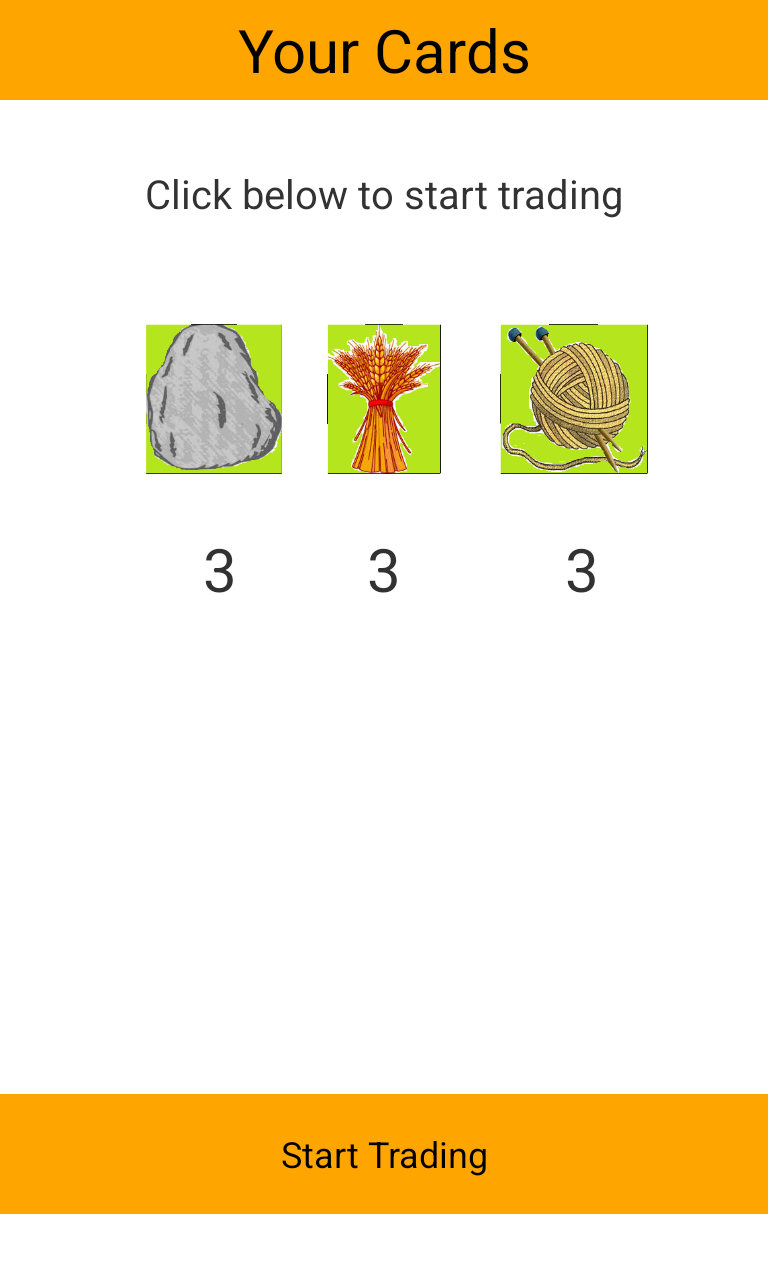
Repository: nidafarooqui/Trading-Game-Version-3
Layout: TaikunServer/res/layout/activity_propose_screen.xml
These files come from the project's save history. The layout is drawn as it stood at one moment and after the next save; the edit follows.
It is drawn on a 768 x 1280 px phone screen (xhdpi) without system bars, with theme AppTheme; the app's code is not run.

Above is the layout before, as saved 2014-08-14 02:06:49.

### TaikunServer/res/layout/activity_propose_screen.xml
<?xml version="1.0" encoding="utf-8"?>
<RelativeLayout xmlns:android="http://schemas.android.com/apk/res/android"
    android:id="@+id/RelativeLayout1"
    android:layout_width="match_parent"
    android:layout_height="match_parent"
    android:orientation="vertical" >

    <ImageView
        android:id="@+id/woolImage"
        android:layout_width="75dp"
        android:layout_height="75dp"
        android:layout_alignTop="@+id/wheatImage"
        android:layout_marginLeft="10dp"
        android:layout_toRightOf="@+id/wheatImage"
        android:src="@drawable/woolcard" />

    <ImageView
        android:id="@+id/wheatImage"
        android:layout_width="75dp"
        android:layout_height="75dp"
        android:layout_alignTop="@+id/rockImage"
        android:layout_centerHorizontal="true"
        android:layout_marginLeft="10dp"
        android:layout_marginRight="10dp"
        android:src="@drawable/wheatcard" />

    <TextView
        android:id="@+id/rocksGoalState"
        android:layout_width="wrap_content"
        android:layout_height="wrap_content"
        android:layout_alignRight="@+id/rockImage"
        android:layout_below="@+id/rockImage"
        android:layout_marginRight="26dp"
        android:layout_marginTop="27dp"
        android:text="@string/rockTotal"
        android:textSize="30sp" />

    <TextView
        android:id="@+id/wheatGoalState"
        android:layout_width="wrap_content"
        android:layout_height="wrap_content"
        android:layout_alignBaseline="@+id/rocksGoalState"
        android:layout_alignBottom="@+id/rocksGoalState"
        android:layout_below="@+id/wheatImage"
        android:layout_centerHorizontal="true"
        android:text="@string/wheatTotal"
        android:textSize="30sp" />

    <TextView
        android:id="@+id/woolGoalState"
        android:layout_width="wrap_content"
        android:layout_height="wrap_content"
        android:layout_alignBaseline="@+id/wheatGoalState"
        android:layout_alignBottom="@+id/wheatGoalState"
        android:layout_below="@+id/woolImage"
        android:layout_alignRight="@+id/woolImage"
        android:layout_marginRight="25dp"
        android:text="@string/woolTotal"
        android:textSize="30sp" />

    <TextView
        android:id="@+id/textView1"
        android:layout_width="wrap_content"
        android:layout_height="wrap_content"
        android:layout_below="@+id/textViewTurn"
        android:layout_centerHorizontal="true"
        android:layout_marginTop="33dp"
        android:text="Click below to start trading"
        android:textSize="20sp" />

    <ImageView
        android:id="@+id/rockImage"
        android:layout_width="75dp"
        android:layout_height="75dp"
        android:layout_below="@+id/textView1"
        android:layout_marginTop="52dp"
        android:layout_toLeftOf="@+id/wheatImage"
        android:src="@drawable/rockcard" />

    <Button
        android:id="@+id/buttonStartTrade"
        android:layout_width="match_parent"
        android:layout_height="60dp"
        android:layout_alignParentBottom="true"
        android:layout_alignParentLeft="true"
        android:layout_marginBottom="33dp"
        android:background="@color/orange"
        android:text="Start Trading" />

    <TextView
        android:id="@+id/textViewTurn"
        android:layout_width="fill_parent"
        android:layout_height="50dp"
        android:layout_centerHorizontal="true"
        android:layout_centerInParent="false"
        android:layout_centerVertical="false"
        android:background="@color/orange"
        android:gravity="center_horizontal|center_vertical"
        android:text="Your Cards"
        android:textAppearance="?android:attr/textAppearanceLarge"
        android:textSize="30sp" />

</RelativeLayout>

### TaikunServer/res/values/strings.xml
<?xml version="1.0" encoding="utf-8"?>
<resources>

    <string name="app_name">Taikun</string>
    <string name="action_settings">Settings</string>
    <string name="forgetpassword">Forgotten Password!</string>
    <string name="Login">Login</string>
    <string name="password">Password</string>
    <string name="username">Username</string>
    <string name="enterusername">Enter Username</string>
    <string name="repassword">Re Enter Password</string>
    <string name="register">Register</string>
    <string name="cancel">Cancel</string>
    <string name="enterpassword">Enter Password</string>
    <string name="title_activity_home">Home</string>
    <string name="hello_world">Hello world!</string>
    <string name="title_activity_registration">Registration</string>
    <string name="rockTotal">3</string>
    <string name="wheatTotal">3</string>
    <string name="woolTotal">3</string>
    <string name="title_activity_server_socket">ServerSocket</string>
    <string name="title_activity_propose_screen">Propose Screen Activity</string>
    <string name="title_activity_taikun_game">TaikunGameActivity</string>
    <string name="title_activity_welcome_screen">Welcome</string>

</resources>

### TaikunServer/res/values/colours.xml
<?xml version="1.0" encoding="utf-8"?>
<resources>

    <color name="white">#FFFFFF</color>
    <color name="black">#000000</color>
    <color name="symptom_color_selected">#003366</color>
    <color name="reaction_color_selected">#003366</color>
    <color name="static_text_color">#003366</color>
    <color name="journal_entry_listitem_text_color">#003366</color>
    <color name="note_text_disabled">#333333</color>
    <color name="sky">#0099CC</color>
    <color name="lightgray">#e7e7e7</color>
      <color name="lightgray02">#bfbfbf</color>
    <color name="dark">#000015</color>
    <color name="lightgreen">#336666</color>
    <color name="orrange">#e33d1b</color>
    <color name="darkorrange">#cc2303</color>


 <color name="ivory">#FFFFF0</color>
 <color name="lightYellow">#FFFFE0</color>
 <color name="snow">#FFFAFA</color>
 <color name="floralWhite">#FFFAF0</color>
 <color name="lemonChiffon">#FFFACD</color>
 <color name="cornsilk">#FFF8DC</color>
 <color name="seashell">#FFF5EE</color>
 <color name="lavenderBlush">#FFF0F5</color>
 <color name="papayaWhip">#FFEFD5</color>
 <color name="blanchedAlmond">#FFEBCD</color>
 <color name="mistyRose">#FFE4E1</color>
 <color name="bisque">#FFE4C4</color>
 <color name="moccasin">#FFE4B5</color>
 <color name="navajoWhite">#FFDEAD</color>
 <color name="peachPuff">#FFDAB9</color>
 <color name="gold">#FFD700</color>
 <color name="pink">#FFC0CB</color>
 <color name="lightPink">#FFB6C1</color>
 <color name="orange">#FFA500</color>
 <color name="lightSalmon">#FFA07A</color>
 <color name="darkOrange">#FF8C00</color>
 <color name="coral">#FF7F50</color>
 <color name="hotPink">#FF69B4</color>
 <color name="tomato">#FF6347</color>
 <color name="orangeRed">#FF4500</color>
 <color name="deepPink">#FF1493</color>
 <color name="fuchsia">#FF00FF</color>
 <color name="magenta">#FF00FF</color>
 <color name="red">#FF0000</color>
 <color name="oldLace">#FDF5E6</color>
 <color name="lightGoldenrodYellow">#FAFAD2</color>
 <color name="linen">#FAF0E6</color>
 <color name="antiqueWhite">#FAEBD7</color>
 <color name="salmon">#FA8072</color>
 <color name="ghostWhite">#F8F8FF</color>
 <color name="mintCream">#F5FFFA</color>
 <color name="whiteSmoke">#F5F5F5</color>
 <color name="beige">#F5F5DC</color>
 <color name="wheat">#F5DEB3</color>
 <color name="sandyBrown">#F4A460</color>
 <color name="azure">#F0FFFF</color>
 <color name="honeydew">#F0FFF0</color>
 <color name="aliceBlue">#F0F8FF</color>
 <color name="khaki">#F0E68C</color>
 <color name="lightCoral">#F08080</color>
 <color name="paleGoldenrod">#EEE8AA</color>
 <color name="violet">#EE82EE</color>
 <color name="darkSalmon">#E9967A</color>
 <color name="lavender">#E6E6FA</color>
 <color name="lightCyan">#E0FFFF</color>
 <color name="burlyWood">#DEB887</color>
 <color name="plum">#DDA0DD</color>
 <color name="gainsboro">#DCDCDC</color>
 <color name="crimson">#DC143C</color>
 <color name="paleVioletRed">#DB7093</color>
 <color name="goldenrod">#DAA520</color>
 <color name="orchid">#DA70D6</color>
 <color name="thistle">#D8BFD8</color>
 <color name="lightGrey">#D3D3D3</color>
 <color name="tan">#D2B48C</color>
 <color name="chocolate">#D2691E</color>
 <color name="peru">#CD853F</color>
 <color name="indianRed">#CD5C5C</color>
 <color name="mediumVioletRed">#C71585</color>
 <color name="silver">#C0C0C0</color>
 <color name="darkKhaki">#BDB76B</color>
 <color name="rosyBrown">#BC8F8F</color>
 <color name="mediumOrchid">#BA55D3</color>
 <color name="darkGoldenrod">#B8860B</color>
 <color name="fireBrick">#B22222</color>
 <color name="powderBlue">#B0E0E6</color>
 <color name="lightSteelBlue">#B0C4DE</color>
 <color name="paleTurquoise">#AFEEEE</color>
 <color name="greenYellow">#ADFF2F</color>
 <color name="lightBlue">#ADD8E6</color>
 <color name="darkGray">#A9A9A9</color>
 <color name="brown">#A52A2A</color>
 <color name="sienna">#A0522D</color>
 <color name="yellowGreen">#9ACD32</color>
 <color name="darkOrchid">#9932CC</color>
 <color name="paleGreen">#98FB98</color>
 <color name="darkViolet">#9400D3</color>
 <color name="mediumPurple">#9370DB</color>
 <color name="lightGreen">#90EE90</color>
 <color name="darkSeaGreen">#8FBC8F</color>
 <color name="saddleBrown">#8B4513</color>
 <color name="darkMagenta">#8B008B</color>
 <color name="darkRed">#8B0000</color>
 <color name="blueViolet">#8A2BE2</color>
 <color name="lightSkyBlue">#87CEFA</color>
 <color name="skyBlue">#87CEEB</color>
 <color name="gray">#808080</color>
 <color name="olive">#808000</color>
 <color name="purple">#800080</color>
 <color name="maroon">#800000</color>
 <color name="aquamarine">#7FFFD4</color>
 <color name="chartreuse">#7FFF00</color>
 <color name="lawnGreen">#7CFC00</color>
 <color name="mediumSlateBlue">#7B68EE</color>
 <color name="lightSlateGray">#778899</color>
 <color name="slateGray">#708090</color>
 <color name="oliveDrab">#6B8E23</color>
 <color name="slateBlue">#6A5ACD</color>
 <color name="dimGray">#696969</color>
 <color name="mediumAquamarine">#66CDAA</color>
 <color name="cornflowerBlue">#6495ED</color>
 <color name="cadetBlue">#5F9EA0</color>
 <color name="darkOliveGreen">#556B2F</color>
 <color name="indigo">#4B0082</color>
 <color name="mediumTurquoise">#48D1CC</color>
 <color name="darkSlateBlue">#483D8B</color>
 <color name="steelBlue">#4682B4</color>
 <color name="royalBlue">#4169E1</color>
 <color name="turquoise">#40E0D0</color>
 <color name="mediumSeaGreen">#3CB371</color>
 <color name="limeGreen">#32CD32</color>
 <color name="darkSlateGray">#2F4F4F</color>
 <color name="seaGreen">#2E8B57</color>
 <color name="forestGreen">#228B22</color>
 <color name="lightSeaGreen">#20B2AA</color>
 <color name="dodgerBlue">#1E90FF</color>
 <color name="midnightBlue">#191970</color>
 <color name="aqua">#00FFFF</color>
 <color name="cyan">#00FFFF</color>
 <color name="springGreen">#00FF7F</color>
 <color name="lime">#00FF00</color>
 <color name="mediumSpringGreen">#00FA9A</color>
 <color name="darkTurquoise">#00CED1</color>
 <color name="deepSkyBlue">#00BFFF</color>
 <color name="darkCyan">#008B8B</color>
 <color name="teal">#008080</color>
 <color name="green">#008000</color>
 <color name="darkGreen">#006400</color>
 <color name="blue">#0000FF</color>
 <color name="mediumBlue">#0000CD</color>
 <color name="darkBlue">#00008B</color>
 <color name="navy">#000080</color>

</resources>

Loaded but not shown: TaikunServer/res/values/styles.xml (common file); TaikunServer/res/values-v11/styles.xml (common file); TaikunServer/res/values-v14/styles.xml (common file)

After the next save:
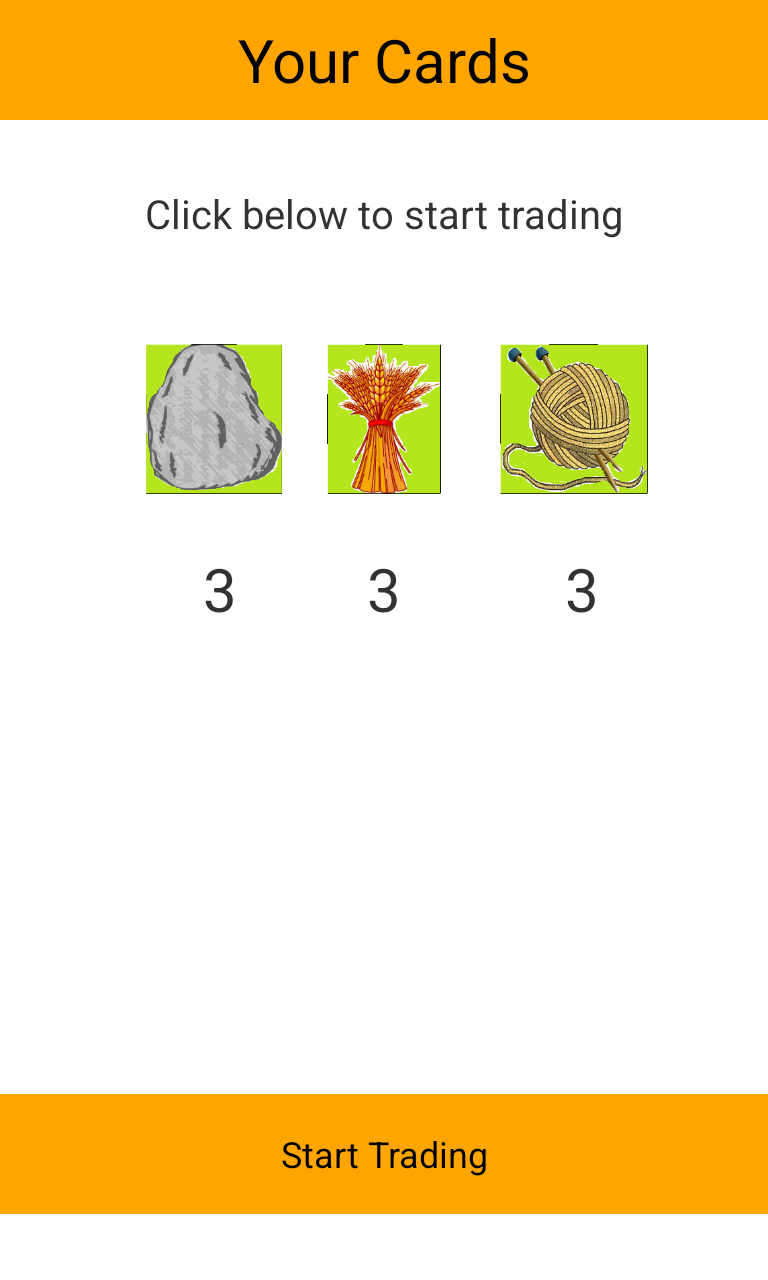
Saved 6 min 33 s later.
--- a/TaikunServer/res/layout/activity_propose_screen.xml
+++ b/TaikunServer/res/layout/activity_propose_screen.xml
@@ -90,7 +90,7 @@
     <TextView
         android:id="@+id/textViewTurn"
         android:layout_width="fill_parent"
-        android:layout_height="50dp"
+        android:layout_height="60dp"
         android:layout_centerHorizontal="true"
         android:layout_centerInParent="false"
         android:layout_centerVertical="false"
